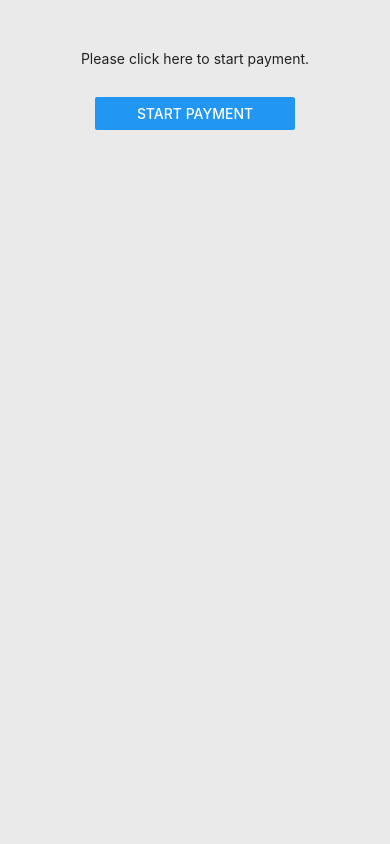
Repository: cashfree/pg-platform-custom-checkout
Screen: / (app in ReactNativeCustomCheckout/)
These files come from the project's save history. The screen is drawn as it stood at one moment and after the next save; the edit follows.
The app was drawn by React Native's web renderer in a window 390 px wide. The project was rebuilt for these pictures with package versions that can differ from the ones it lists, and the page was loaded fresh each time.

Above is the screen before, as saved 2023-02-20 13:49:14.

### ReactNativeCustomCheckout/App.tsx
/**
 * Sample React Native App
 * https://github.com/facebook/react-native
 *
 * @format
 */

import React from 'react';
import {StyleSheet, Button, Text, View} from 'react-native';

import {NativeModules} from 'react-native';
const {PaymentSDKApi} = NativeModules;

function startCheckout() {
  var returnUrl = 'https://merchant.in/pg/process_return';
  var sessionId =
    'session_n5O9jqgE5m-xr-4mHF-54PHvNvz9ClNw43QnmyO7PovpqGBVwfKz64t7M0B8UKnbDhJNO2jQzgxElZ11x9arPCtoIY05m8B78ROa8CE9pYP6';
  PaymentSDKApi.doPayment(
    sessionId,
    returnUrl,
    (paymentReturnUrl: any, paymentStatus: any) => {
      console.log(paymentReturnUrl);
      console.log(paymentStatus);
    },
  );
}

function App(): JSX.Element {
  return (
    <View style={styles.container}>
      <Text style={styles.text}> Please click here to start payment. </Text>
      <View style={styles.button}>
        <Button onPress={() => startCheckout()} title="Start Payment" />
      </View>
    </View>
  );
}

const styles = StyleSheet.create({
  container: {
    backgroundColor: '#eaeaea',
    alignItems: 'center',
    flexDirection: 'column',
    flex: 1,
  },
  button: {
    color: '#61aafb',
    margin: 8,
    marginTop: 30,
    width: 200,
  },
  text: {
    color: '#212121',
    marginTop: 50,
  },
});

export default App;

After the next save:
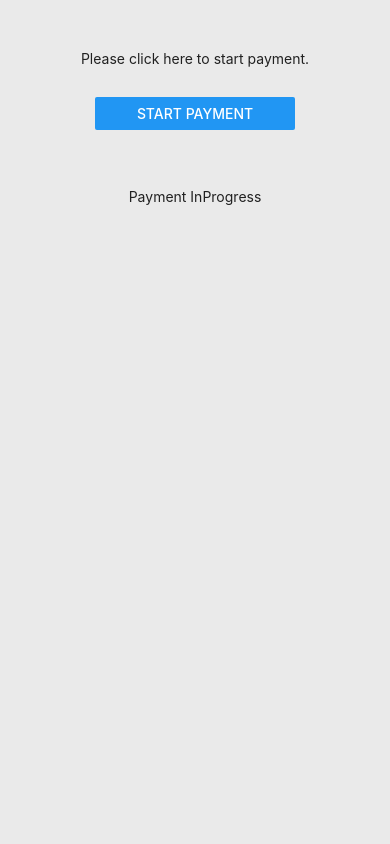
Saved 8 min 35 s later.
--- a/ReactNativeCustomCheckout/App.tsx
+++ b/ReactNativeCustomCheckout/App.tsx
@@ -5,7 +5,7 @@
  * @format
  */
 
-import React from 'react';
+import React , {useState} from 'react';
 import {StyleSheet, Button, Text, View} from 'react-native';
 
 import {NativeModules} from 'react-native';
@@ -26,12 +26,15 @@ function startCheckout() {
 }
 
 function App(): JSX.Element {
+  const [paymentStatus, setPaymentStatus] = useState('Payment InProgress');
   return (
     <View style={styles.container}>
       <Text style={styles.text}> Please click here to start payment. </Text>
       <View style={styles.button}>
         <Button onPress={() => startCheckout()} title="Start Payment" />
       </View>
+
+      <Text style={styles.text}> {paymentStatus} </Text>
     </View>
   );
 }
